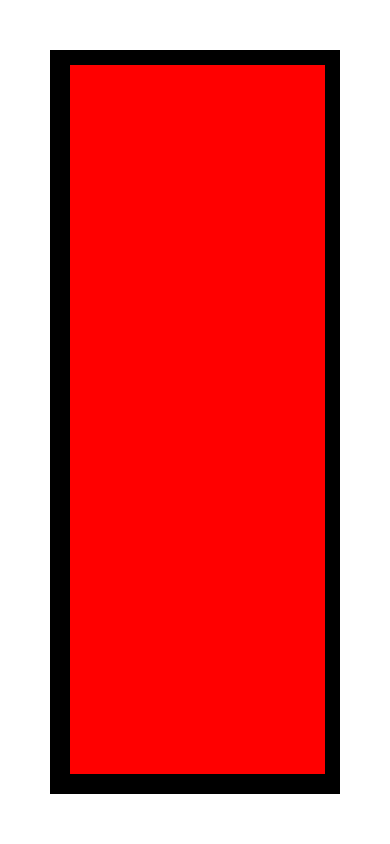
Repository: akinmiday/ReactNativeApp
Screen: /
These files come from the project's save history. The screen is drawn as it stood at one moment and after the next save; the edit follows.
The app was drawn by React Native's web renderer in a window 390 px wide. The project was rebuilt for these pictures with package versions that can differ from the ones it lists, and the page was loaded fresh each time.

Above is the screen before, as saved 2023-08-06 16:07:29.

After the next save:
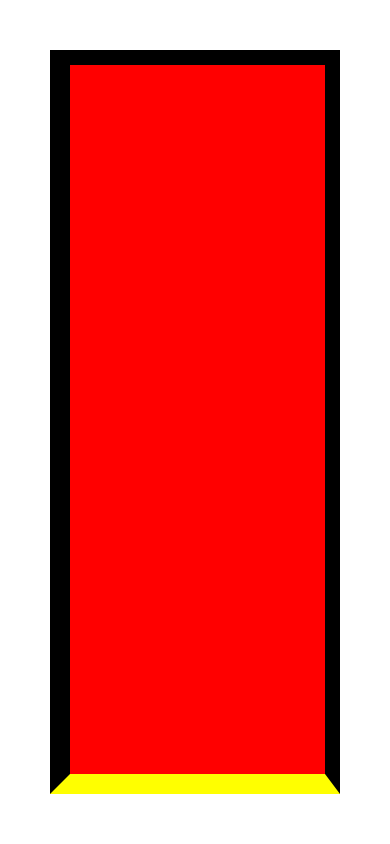
Saved 28 s later.
--- a/styles.js
+++ b/styles.js
@@ -10,6 +10,7 @@ const styles = StyleSheet.create({
     borderTopWidth: 15,
     borderLeftWidth: 20,
     borderRightWidth: 15,
+    borderBottomColor: "yellow",
   },
   input: {
     backgroundColor: "pink",
